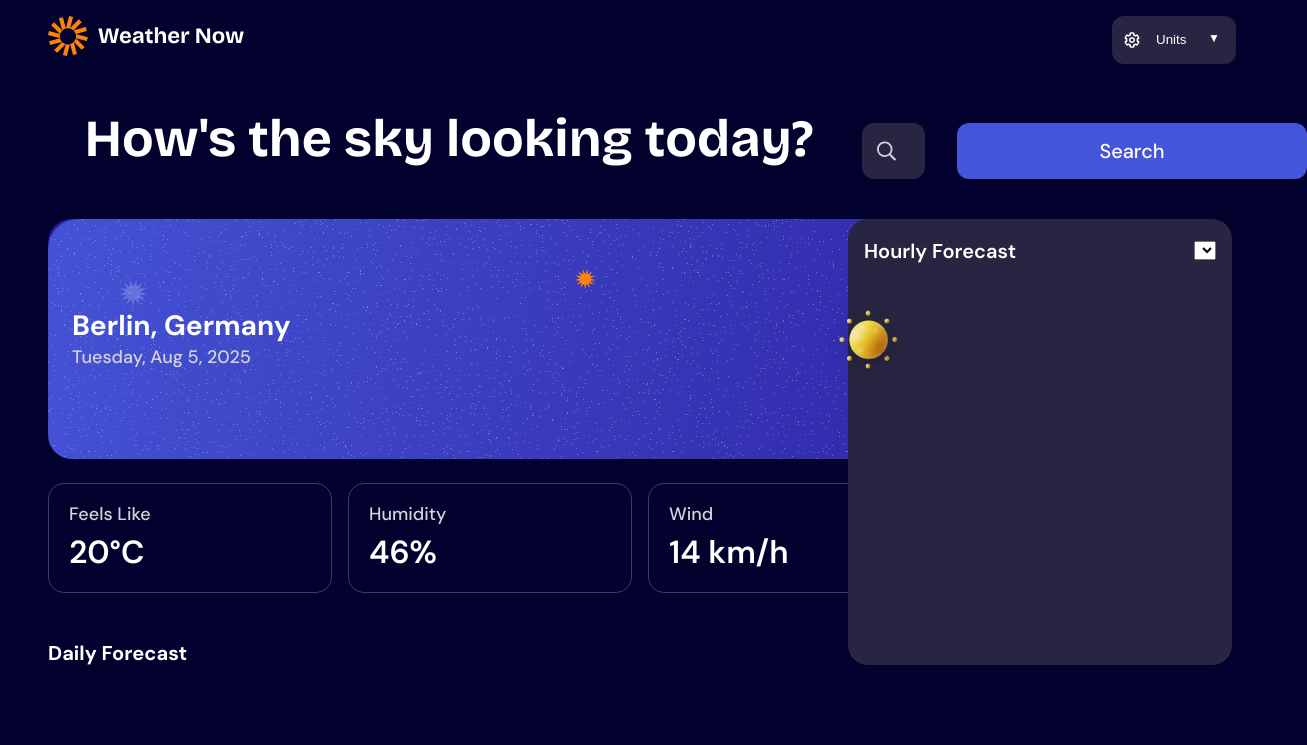
Repository: MKwaak/weather-app-main
Page: index.html
The author's editor kept a copy of each file at every save. The page is drawn from the files as they stood at one save, then again after the next save.
The browser window is 1280 px wide. The page is 1307 px wide, so the pictures cover 1307 px, including what lies to the right of the window. The pictures show the whole page.
The page's requests for data from a server got no answer.

Above is the page before, as saved 2026-01-31 01:06:46.

### index.html
<!doctype html>
<html lang="en">
  <head>
    <meta charset="UTF-8" />
    <meta name="viewport" content="width=device-width, initial-scale=1.0" />
    <!-- displays site properly based on user's device -->

    <link
      rel="icon"
      type="image/png"
      sizes="32x32"
      href="/assets/images/favicon-32x32.png"
    />

    <title>Frontend Mentor | Weather app</title>
    <link rel="stylesheet" href="/style.css" />
    <script src="/script.js" defer></script>

    <!-- Feel free to remove these styles or customise in your own stylesheet 👍 -->
    <style>
      .attribution {
        font-size: 11px;
        text-align: center;
      }
      .attribution a {
        color: hsl(228, 45%, 44%);
      }
    </style>
  </head>
  <body>
    <a href="#main" class="skip-link visually-hidden">skip to main content</a>

    <header class="header wrapper">
      <div class="header__content">
        <a class="header__homelink" href="/">
          <img
            class="header__logo"
            src="/assets/images/logo.svg"
            alt="Weather Now Home"
            width="197"
            height="40"
          />
        </a>

        <div class="header__units">
          <label for="ddlUnits" class="visually-hidden"
            >Temperature units</label
          >

          <div class="header__select">
            <select class="header__dropdown" name="units" id="ddlUnits">
              <option value="">Units</option>
              <option value="C">Celsius</option>
              <option value="F">Fahrenheit</option>
            </select>
          </div>
        </div>
      </div>
    </header>

    <main id="main" class="main wrapper">
      <section class="hero">
        <div class="hero__content">
          <h1 class="hero__title">How's the sky looking today?</h1>

          <form class="hero__search">
            <label for="search" class="visually-hidden">Search Location</label>
            <input
              type="text"
              id="search"
              class="hero__textbox"
              placeholder="Search for a place..."
            />
            <button class="hero__button" type="submit">Search</button>
          </form>
        </div>
      </section>

      <div class="dashboard">
        <section class="current">
          <h2 class="visually-hidden">Current Location Temperature</h2>

          <div class="current__content">
            <div class="current__weather">
              <div class="current__location">
                <div id="divCityCountry" class="current__city">
                  Berlin, Germany
                </div>
                <div id="divCurrentDate" class="current__date">
                  Tuesday, Aug 5, 2025
                </div>
              </div>

              <div class="current__info">
                <img
                  class="current__icon"
                  src="/assets/images/icon-sunny.webp"
                  alt=""
                  width="320"
                  height="320"
                />
                <div id="divCurrentTemp" class="current__temp">
                  <span>20</span>°C
                </div>
              </div>
            </div>

            <div class="current__conditions">
              <div class="block current__condition">
                <p class="current__condition-title">Feels Like</p>
                <p id="feels-like" class="current__condition-value">20°C</p>
              </div>

              <div class="block current__condition">
                <p class="current__condition-title">Humidity</p>
                <p id="humidity" class="current__condition-value">46%</p>
              </div>

              <div class="block current__condition">
                <p class="current__condition-title">Wind</p>
                <p id="wind" class="current__condition-value">14 km/h</p>
              </div>

              <div class="block current__condition">
                <p class="current__condition-title">Precipitation</p>
                <p id="precipitation" class="current__condition-value">0 mm</p>
              </div>
            </div>
          </div>
        </section>

        <section class="daily">
          <h2 class="section__title daily__title">Daily Forecast</h2>
          <div class="daily__forecast" id="dailyForecast"></div>
        </section>

        <section class="hourly">
          <div class="hourly__content">
            <div class="hourly__header">
              <h2 class="section__title hourly__title">Hourly Forecast</h2>
              <label for="hourlyDay" class="visually-hidden">Select day</label>
              <select
                name="hourly-day"
                id="hourlyDay"
                class="hourly__timeframe-select"
              >
                <!-- JS will inject current day -->
              </select>
            </div>

            <div class="hourly__hours" id="hourlyForecast">
              <!-- JS will inject hourly blocks here -->
            </div>
          </div>
        </section>
      </div>
    </main>
  </body>
</html>

### style.css
@layer global {
  /* dm-sans-300 - latin */
  @font-face {
    font-display: swap; /* Check https://developer.mozilla.org/en-US/docs/Web/CSS/@font-face/font-display for other options. */
    font-family: "DM Sans";
    font-style: normal;
    font-weight: 300;
    src: url("/assets/fonts/dm-sans-v17-latin-300.woff2") format("woff2"); /* Fixed path */
  }
  /* dm-sans-500 - latin */
  @font-face {
    font-display: swap; /* Check https://developer.mozilla.org/en-US/docs/Web/CSS/@font-face/font-display for other options. */
    font-family: "DM Sans";
    font-style: normal;
    font-weight: 500;
    src: url("/assets/fonts/dm-sans-v17-latin-500.woff2") format("woff2"); /* Fixed path */
  }
  /* dm-sans-600 - latin */
  @font-face {
    font-display: swap; /* Check https://developer.mozilla.org/en-US/docs/Web/CSS/@font-face/font-display for other options. */
    font-family: "DM Sans";
    font-style: normal;
    font-weight: 600;
    src: url("/assets/fonts/dm-sans-v17-latin-600.woff2") format("woff2"); /* Fixed path */
  }
  /* dm-sans-600italic - latin */
  @font-face {
    font-display: swap; /* Check https://developer.mozilla.org/en-US/docs/Web/CSS/@font-face/font-display for other options. */
    font-family: "DM Sans";
    font-style: italic;
    font-weight: 600;
    src: url("/assets/fonts/dm-sans-v17-latin-600italic.woff2") format("woff2"); /* Fixed path */
  }
  /* dm-sans-700 - latin */
  @font-face {
    font-display: swap; /* Check https://developer.mozilla.org/en-US/docs/Web/CSS/@font-face/font-display for other options. */
    font-family: "DM Sans";
    font-style: normal;
    font-weight: 700;
    src: url("/assets/fonts/dm-sans-v17-latin-700.woff2") format("woff2"); /* Fixed path */
  }

  /* bricolage-grotesque-regular - latin */
  @font-face {
    font-display: swap; /* Check https://developer.mozilla.org/en-US/docs/Web/CSS/@font-face/font-display for other options. */
    font-family: "Bricolage Grotesque";
    font-style: normal;
    font-weight: 400;
    src: url("/assets/fonts/bricolage-grotesque-v9-latin-regular.woff2")
      format("woff2"); /* Fixed path */
  }
  /* bricolage-grotesque-700 - latin */
  @font-face {
    font-display: swap; /* Check https://developer.mozilla.org/en-US/docs/Web/CSS/@font-face/font-display for other options. */
    font-family: "Bricolage Grotesque";
    font-style: normal;
    font-weight: 700;
    src: url("/assets/fonts/bricolage-grotesque-v9-latin-700.woff2")
      format("woff2"); /* Fixed path */
  }

  :root {
    --c-neutral-900: hsl(243, 96%, 9%);
    --c-neutral-800: hsl(243, 27%, 20%);
    --c-neutral-700: hsl(243, 23%, 24%);
    --c-neutral-600: hsl(243, 23%, 30%);
    --c-neutral-300: hsl(240, 6%, 70%);
    --c-neutral-200: hsl(250, 6%, 84%);
    --c-neutral-0: hsl(0, 0%, 100%);
    --c-orange-500: hsl(28, 100%, 52%);
    --c-blue-500: hsl(233, 67%, 56%);
    --c-blue-700: hsl(248, 70%, 36%);

    --color-main-bg: var(--c-neutral-900);
    --color-panel-bg-dark: var(--c-neutral-800);
    --color-panel-bg-dark-hover: var(--c-neutral-700);
    --color-panel-bg-medium: var(--c-neutral-700);
    --color-panel-bg-light: var(--c-neutral-600);
    --color-panel-border: var(--c-neutral-600);
    --color-text-light: var(--c-neutral-0);
    --color-text-med-light: var(--c-neutral-200);
    --color-button-bg: var(--c-blue-500);
    --color-button-bg-hover: var(--c-blue-700);

    --fs-96: calc(96 / 16 * 1rem);
    --fs-52: calc(52 / 16 * 1rem);
    --fs-32: calc(32 / 16 * 1rem);
    --fs-28: calc(28 / 16 * 1rem);
    --fs-20: calc(20 / 16 * 1rem);
    --fs-18: calc(18 / 16 * 1rem);
    --fs-16: calc(16 / 16 * 1rem);
    --fs-14: calc(14 / 16 * 1rem);

    --font-size-h1: var(--fs-52);
    --font-size-dropdown: var(--fs-14);
    --font-size-search: var(--fs-20);
    --font-size-city: var(--fs-28);
    --font-size-date: var(--fs-18);
    --font-size-temp: var(--fs-96);
    --font-size-panel-title: var(--fs-18);
    --font-size-panel-value: var(--fs-32);
    --font-size-forecast-title: var(--fs-20);
    --font-size-forecast-day: var(--fs-18);
    --font-size-forecast-temp: var(--fs-16);
    --font-size-forecast-dropdown: var(--fs-16);
    --font-size-forecast-hour: var(--fs-20);

    @media (width >= calc(700 / 16 * 1rem)) {
      --font-size-dropdown: var(--fs-16);
    }

    --color-white: hsl(0, 0%, 100%);
    --color-light-blue: hsl(223, 64%, 98%);
    --color-light-grayish-blue: hsl(223, 23%, 93%);
    --color-dark-grayish-blue: hsl(219, 14%, 63%);
    --color-very-dark-blue: hsl(218, 23%, 16%);
    --font-family-primary: "DM Sans", sans-serif; /* Removed duplicate */
    --font-family-secondary:
      "Bricolage Grotesque", sans-serif; /* Removed duplicate */
  }

  *,
  *::before,
  *::after {
    box-sizing: border-box;
  }
  * {
    margin: 0;
  }

  img {
    max-width: 100%;
  }

  body {
    font-family: "DM Sans", Arial, Helvetica, sans-serif;
    font-weight: 500;
    background-color: var(--color-main-bg);
    color: var(--color-text-light);
    line-height: 1.2;
    padding-block-end: 80px;
  }

  h1 {
    font-family: "Bricolage Grotesque", Arial, Helvetica, sans-serif;
  }

  input,
  button,
  textarea {
    font: inherit;
    width: 100%;
    border: none;
  }

  .wrapper {
    display: grid;
    /* Gebruik 'minmax' voor de middelste kolom om stabiliteit te forceren */
    grid-template-columns:
      1fr
      minmax(0, calc(1200 / 16 * 1rem))
      1fr;
    padding-inline: 16px; /* Dit vervangt die calc(100% - 32px) logica op een cleanere manier */

    @media (width >= calc(700 / 16 * 1rem)) {
      grid-template-columns:
        1fr
        minmax(0, calc(1184 / 16 * 1rem))
        1fr;
      padding-inline: 24px;
    }

    > * {
      grid-column: 2;
    }
  }

  .visually-hidden {
    position: absolute;
    left: -10000px;
    top: auto;
    width: 1px;
    height: 1px;
    overflow: hidden;
  }

  .main {
    width: 100%;
    max-width: 1280px; /* pick a number and stick to it */
    margin-inline: auto;
    padding-inline: 24px;
  }

  .dashboard {
    display: grid;
    gap: 32px;
    grid-template-areas:
      "current"
      "daily"
      "hourly";
    @media (width >= calc(1000 / 16 * 1rem )) {
      gap: 48px 32px;
      grid-template-columns: minmax(0, 2fr) minmax(0, 1fr);
      grid-template-areas:
        "current current hourly"
        "daily daily hourly";
    }
  }

  .block {
    background-color: var(--color-panel-bg-dark);
    border: 1px solid var(--color-panel-border);
    border-radius: 12px;
  }

  .visually-hidden {
    position: absolute !important;
    width: 1px;
    height: 1px;
    padding: 0;
    margin: -1px;
    overflow: hidden;
    clip: rect(0, 0, 0, 0);
    clip-path: inset(50%);
    white-space: nowrap;
    border: 0;
  }

  .skip-link:focus {
    position: absolute;
    left: 16px;
    right: 16px;
    width: auto;
    height: auto;
    margin: 0;
    clip-path: none;
    white-space: normal;
    background-color: var(--color-main-bg);
    color: var(--color-text-light);
    padding: 10px 14px;
    z-index: 1000;
  }
}

@layer component {
  .header {
    .header__content {
      display: flex;
      align-items: center;
      justify-content: space-between;
      padding-block-start: 16px;
    }

    .header__homelink {
    }
    .header__logo {
      width: calc(137 / 16 * 1rem);

      @media screen and (width >= calc(700 / 16 * 1rem)) {
        width: calc(197 / 16 * 1rem);
      }
    }

    .header__select {
      position: relative;
      width: 120px;
      height: 44px;
      overflow: visible; /* important for debugging */
    }

    .header__select::after {
      content: "▼";
      position: absolute;
      right: 12px;
      top: 50%;
      transform: translateY(-50%);
      font-size: 12px;
      color: white;
      pointer-events: none;
    }

    .header__dropdown {
      /*background-image: url("/assets/images/icon-units.svg"); This line is in HTML */
      appearance: none;
      -webkit-appearance: none;
      -moz-appearance: none;

      height: 48px;
      padding: 0 1rem 0 2.75rem;
      line-height: 48px;

      background-color: var(--color-panel-bg-dark);
      background-image: url("/assets/images/icon-units.svg");
      background-repeat: no-repeat;
      background-position: 0.75rem center;
      background-size: 16px;

      color: var(--color-text-light);
      border: none;
      border-radius: 12px;
      cursor: pointer;
    }
  }
}
.hero {
  /* De hero zelf mag breed zijn, maar de content moet gelijnd zijn */
  width: 100%;
  display: flex;
  justify-content: center;
}

.hero__content {
  display: grid;
  /* DIT IS DE MATCH: Gebruik dezelfde kolommen als je dashboard */
  grid-template-columns: 1fr 350px;
  column-gap: 32px;

  /* Zorg dat de breedte exact hetzelfde is als je dashboard */
  width: 100%;
  max-width: 1200px; /* Moet exact hetzelfde zijn als bij .dashboard */

  padding-block-start: 48px;
  padding-inline: 20px; /* Zorg dat deze padding matcht met die van je dashboard! */
  box-sizing: border-box;

  justify-items: stretch; /* Dwingt kinderen om breedte te pakken */
}

.hero__title {
  font-size: var(--font-size-h1);
  margin-block-end: 48px;
  text-align: center;
  line-height: 1.2;

  @media (width < calc(1000 / 16 * 1rem)) {
    max-width: 15ch;
  }
}

/* Hero search container */
.hero__search {
  display: grid;
  /* MATCH de kolommen van je dashboard exact */
  grid-template-columns: 1fr 350px;
  column-gap: 32px;

  /* MATCH de centrering en breedte van je dashboard */
  width: 100%;
  max-width: calc(1184 / 16 * 1rem); /* Moet exact gelijk zijn aan .dashboard */
  margin: 0 auto 24px auto;

  /* Verwijderd: display: contents (dit sloopte je layout) */
  /* Verwijderd: position relative/overflow/radius (niet nodig op de grid-parent) */

  @media (min-width: calc(1000 / 16 * 1rem)) {
    /* VERANDER DIT: Gebruik 1fr 350px, NIET 2fr 1fr */
    grid-template-columns: 1fr 350px;
    gap: 32px;
    align-items: center;
  }
}

/* Input box */
.hero__textbox {
  grid-column: 1; /* Staat nu kaarsrecht boven de blauwe bak */
  height: 56px;
  width: 100%;
  box-sizing: border-box; /* Onmisbaar! */
  border-radius: 12px; /* Nu rondom rond omdat er een gap tussen zit */
  border: 1px solid var(--color-border);

  /* Kleur en Typography */
  color: var(--color-text-light);
  font-family: inherit; /* Zorgt dat het niet terugvalt op een standaard font */
  font-size: var(--font-size-search);

  /* Styling */
  background-color: var(--color-panel-bg-dark);
  background-image: url("/assets/images/icon-search.svg");
  background-repeat: no-repeat;
  background-position: 15px center;
  background-size: 20px;
  padding-left: 48px; /* Pas dit getal aan tot de tekst na het icoontje begint */
  padding-right: 15px;
  /*padding-inline: 16px; */
  outline: none; /* Verwijdert de standaard browser-rand bij klikken */

  appearance: none;
  -webkit-appearance: none;
}

/* Tip: voeg een focus-state toe voor een pro-look */
.hero__textbox:focus {
  border-color: var(--color-accent);
}

/* remove default focus outline */
.hero__textbox:focus {
  outline: none;
}

/* accessible keyboard focus */
.hero__textbox:focus-visible {
  box-shadow: 0 0 0 2px var(--color-panel-border);
}

/* placeholder text */
.hero__textbox::placeholder {
  color: var(--color-text-med-light);
}

/* hover */
.hero__textbox:hover {
  background-color: var(--color-panel-bg-dark-hover);
}

.hero__textbox:-webkit-autofill {
  -webkit-box-shadow: 0 0 0 1000px var(--color-panel-bg-dark) inset;
  -webkit-text-fill-color: var(--color-text-light);
}

/* Search button */
.hero__button {
  grid-column: 2; /* Boven de hourly box */
  height: 56px;
  width: 100%; /* Dwing hem de volledige 350px van de kolom te vullen */
  box-sizing: border-box;
  border-radius: 12px;

  background-color: var(--c-blue-500);
  border: 1px solid var(--color-accent);
  color: var(--color-text-light);
  font-size: var(--font-size-search);
  cursor: pointer;
  transition: background-color 120ms ease-in-out;
  /* Verwijderd: width: auto en min-width (die vochten met de grid-kolom) */
}

.hero__button:hover {
  /* Fixed nested selector */
  background-color: var(--color-button-bg-hover);
  cursor: pointer;
}

.current {
  grid-area: current; /* Dit dwingt hem naar de plek linksboven */
  display: block;
  grid-column: 1 / -1;
  width: 100%;

  .current__weather {
    display: flex;
    flex-direction: column;
    gap: 16px;
    padding: 40px 24px;
    background-color: var(--c-blue-700);
    background-image: url(/assets/images/bg-today-small.svg);
    background-repeat: no-repeat;
    background-size: cover;
    background-position: center-bottom;
    border-radius: 24px;
    overflow: hidden;

    @media (width >= calc(700 / 16 * 1rem)) {
      display: grid;
      /* DIT IS DE KEY: Matcht nu exact met de onderliggende grid */
      grid-template-columns: 1fr 350px;
      column-gap: 32px; /* Vergeet de gap niet, die moet ook gelijk zijn! */
      align-items: center;
      /* Matcht met dashboard: linker kolom flexibel, rechter kolom 350px */
      background-image: url(/assets/images/bg-today-large.svg);
      padding-block: 60px;
      gap: 32px; /* De bekende dashboard gap */
    }

    .current__location {
      min-width: 0;
      text-align: center;
      @media (width >= calc(700 / 16 * 1rem)) {
        text-align: left;
      }

      .current__city {
        font-size: var(--font-size-city);
        font-weight: 700;
        white-space: nowrap;
        overflow: hidden;
        text-overflow: ellipsis;
        display: block;
      }

      .current__date {
        font-size: var(--font-size-date);
        color: var(--color-text-med-light);
        display: block;
        margin-top: 4px;
      }
    }

    .current__info {
      display: flex;
      flex-direction: row;
      align-items: center;
      justify-content: center;
      gap: 16px;

      @media (width >= calc(700 / 16 * 1rem)) {
        width: 350px;
        justify-content: flex-end;
        gap: 32px;
        padding-right: 20px;
        box-sizing: border-box;
      }

      .current__icon {
        width: 100px;
        height: auto;
        flex-shrink: 0;
        filter: drop-shadow(0 4px 8px rgba(0, 0, 0, 0.2));
        @media (width >= calc(700 / 16 * 1rem)) {
          width: 120px;
        }
      }

      .current__temp {
        font-size: var(--fs-96);
        line-height: 1;
        font-weight: 600;
        font-style: italic;
        display: flex;
        align-items: flex-start;
        white-space: nowrap;
      }
    }
  }

  .current__conditions {
    display: grid;
    grid-template-columns: repeat(2, 1fr);
    gap: 16px;
    margin-top: 24px;

    @media (width >= calc(700 / 16 * 1rem)) {
      grid-template-columns: repeat(4, 1fr);
    }

    .current__condition {
      background-color: var(--color-panel-bg);
      padding: 20px;
      border-radius: 16px;
      /* Optioneel: zorg dat ze even hoog zijn */
      display: flex;
      flex-direction: column;
      justify-content: space-between;
    }

    .current__condition-title {
      font-size: var(--font-size-panel-title);
      color: var(--color-text-med-light);
      margin-bottom: 8px;
    }

    .current__condition-value {
      font-size: var(--font-size-panel-value);
      font-weight: 600;
    }
  }
}

.daily {
  grid-area: daily; /* Dit zet de 7-daagse voorspelling eronder */
}

.daily__title {
  font-size: var(--font-size-forecast-title);
}

.daily__forecast {
  display: grid;
  grid-template-columns: repeat(3, 1fr);
  gap: 16px;

  @media (width >= calc(700 / 16 * 1rem)) {
    grid-template-columns: repeat(7, 1fr);
  }
}

.daily__day {
  display: grid;
  justify-items: center;
  gap: 16px;
  padding: 16px 10px;
  text-align: center;
}

.daily__day-title {
  font-size: var(--font-size-forecast-day);
}

.daily__day-icon {
  width: 60px;
  height: auto;
}

.daily__day-temps {
  display: flex;
  justify-content: space-between;
  font-size: var(--font-size-forecast-temp);
  justify-self: stretch;
  /*width: 100%;*/
}

.daily__day-high {
  color: var(--color-text-med-light);
}

.daily__day-low {
  color: var(--color-text-med-light);
}

.hourly {
  grid-area: hourly; /* Dit zet de urenlijst in de rechterkolom */
  display: flex;
  flex-direction: column;
  height: 100%; /* 👈 allow full grid height */
  background-color: var(--color-panel-bg-dark);
  border-radius: 20px;
  padding: 20px 16px;
}

/* De directe container binnen de section */
.hourly__content {
  display: flex;
  flex-direction: column;
  height: 100%; /* Dwingt de content om de volledige hoogte van de section te vullen */
}

.hourly__header {
  display: flex;
  justify-content: space-between;
  align-items: center;
  margin-block-end: 16px;
  flex-shrink: 0; /* Voorkomt dat de header wordt platgedrukt */
}

.hourly__title {
  font-size: var(--font-size-forecast-title);
  font-weight: 600;
}

.hourly__select {
  display: none; /* Of flex als je het WEL niet gebruikt */
  gap: 8px;
}

.hourly__select-day {
  display: none; /* Of flex als je het WEL niet gebruikt */
  gap: 8px;
}

/* Hourly container */
.hourly__hours {
  display: flex;
  flex-direction: column; /* stack vertically */
  gap: 12px; /* spacing between hour blocks */
  flex: 1; /* Elke uur-box wordt even hoog */
  overflow-y: auto; /* Zorgt voor een scrollbar als er teveel uren zijn */
  min-height: 0; /* CRUCIAAL voor scrollen binnen flexbox */
  padding-right: 8px; /* optional for scrollbar spacing */
}

/* Plak dit ergens in je CSS om de scrollbar van de uren te stylen */
.hourly__hours::-webkit-scrollbar {
  width: 6px;
}

.hourly__hours::-webkit-scrollbar-track {
  background: transparent;
}

.hourly__hours::-webkit-scrollbar-thumb {
  background: var(--color-panel-border); /* Of een andere subtiele kleur */
  border-radius: 10px;
}

/* Hourly blocks */
.hourly__hour {
  display: flex;
  justify-content: space-between; /* Duwt tijd en temp maximaal uit elkaar */
  align-items: center;
  padding: 10px 16px;
  min-height: 0;
  grid-template-columns: auto 1fr auto; /* icon | time | temp */
  background-color: var(--color-panel-bg-medium);
  border: 1px solid var(--color-panel-border);
  border-radius: 8px;
  flex: 1 1 0; /* 👈 make each hour block grow equally */
}

.hourly__hour-icon {
  width: 32px;
  height: 32px;
}

.hourly__hour-time {
  text-align: left;
}

.hourly__hour-temp {
  text-align: right;
  margin-left: auto; /* Forceert de temperatuur naar rechts */
  padding-left: 20px; /* Minimale afstand tot de tijd */
}

/* Highlight current hour */
.hourly__hour.current {
  border: 2px solid var(--color-accent);
  background-color: var(--color-panel-bg-light);
}

/* Dashboard wrapper */
.dashboard {
  display: grid;
  /* Kolom 1: flexibel (blauwe bak/daily), Kolom 2: vast 350px (hourly) */
  grid-template-columns: 1fr 350px;
  /* We definiëren de zones: linksboven, rechts (die over 2 rijen gaat), linksonder */
  grid-template-areas:
    "current hourly"
    "daily   hourly";
  column-gap: 32px;
  row-gap: 24px;
  align-items: start;

  width: 100%; /* DIT zorgt dat hij niet 'ademt' met de tekst mee */
  max-width: calc(
    1184 / 16 * 1rem
  ); /* Zo is het gelijk aan de wrapper max-width */
  row-gap: 24px; /* vertical spacing between panels */
  margin: 0 auto; /* center horizontally */
}

@media (width >= calc(1000 / 16 * 1rem)) {
  .dashboard {
    gap: 48px 32px;
    /* DIT IS DE KEY: we vervangen 2fr 1fr door dit: */
    grid-template-columns: minmax(0, 2fr) minmax(0, 1fr);
    grid-template-areas:
      "current hourly"
      "daily   hourly";
  }
}

Loaded but not shown: script.js (400 lines, source omitted)

After the next save:
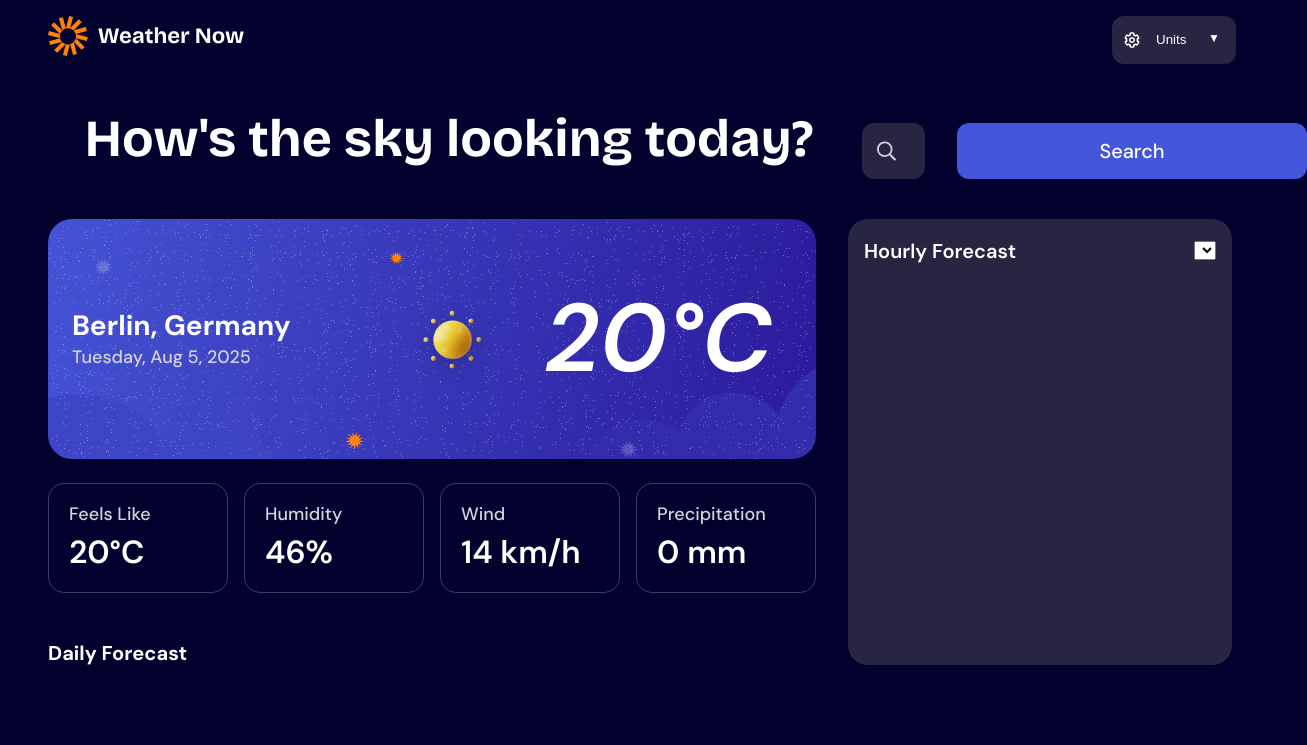
Saved 5 min 43 s later.
--- a/style.css
+++ b/style.css
@@ -445,8 +445,8 @@
 .current {
   grid-area: current; /* Dit dwingt hem naar de plek linksboven */
   display: block;
-  grid-column: 1 / -1;
   width: 100%;
+  min-width: 0;
 
   .current__weather {
     display: flex;
